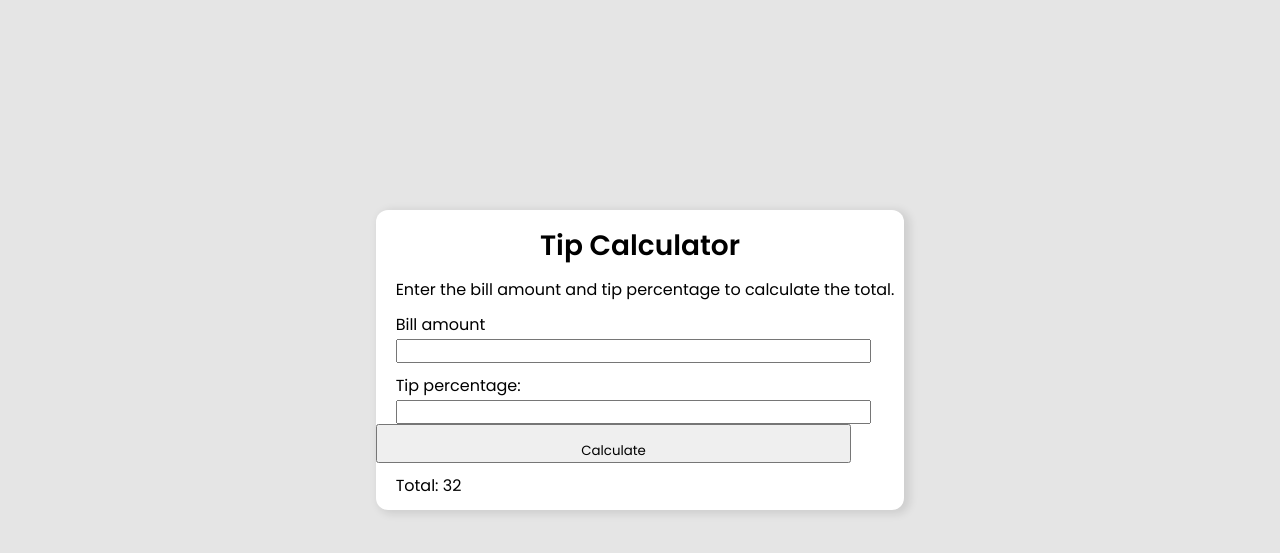
Repository: Ankitkr2021/Tip-Calculator
Page: index.html
The author's editor kept a copy of each file at every save. The page is drawn from the files as they stood at one save, then again after the next save.
The browser window is 1280 px wide. The pictures show the whole page.

Above is the page before, as saved 2025-10-27 10:54:39.

After the next save:
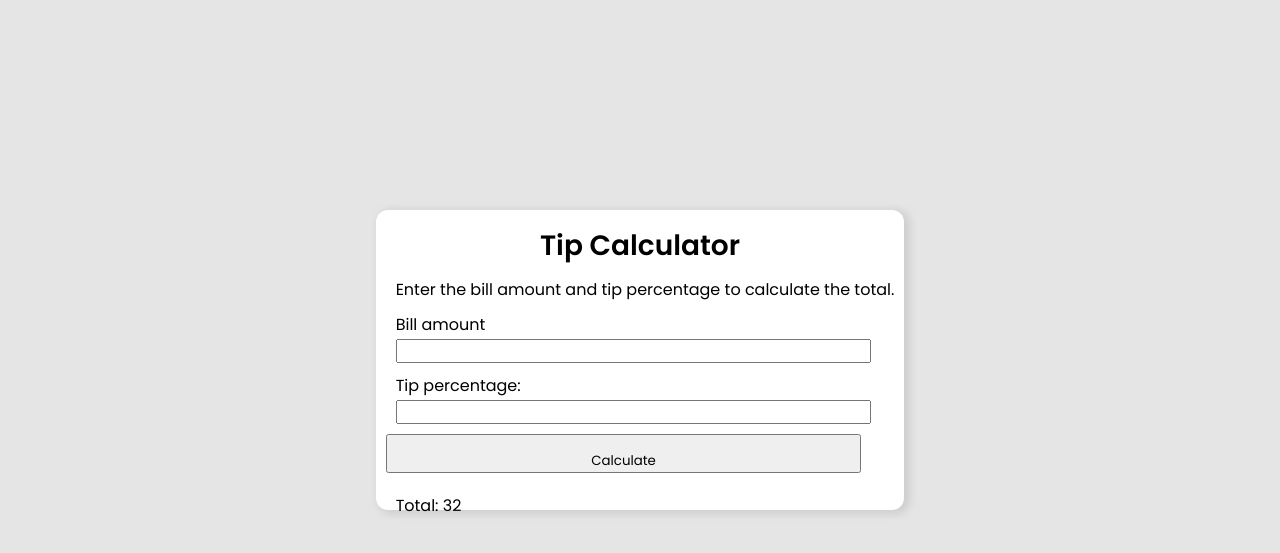
Saved 6 s later.
--- a/style.css
+++ b/style.css
@@ -44,5 +44,5 @@ input {
 button {
     padding: 15px 0 0 0;
     width: 90%;
-
+    margin: 10px;
 }
